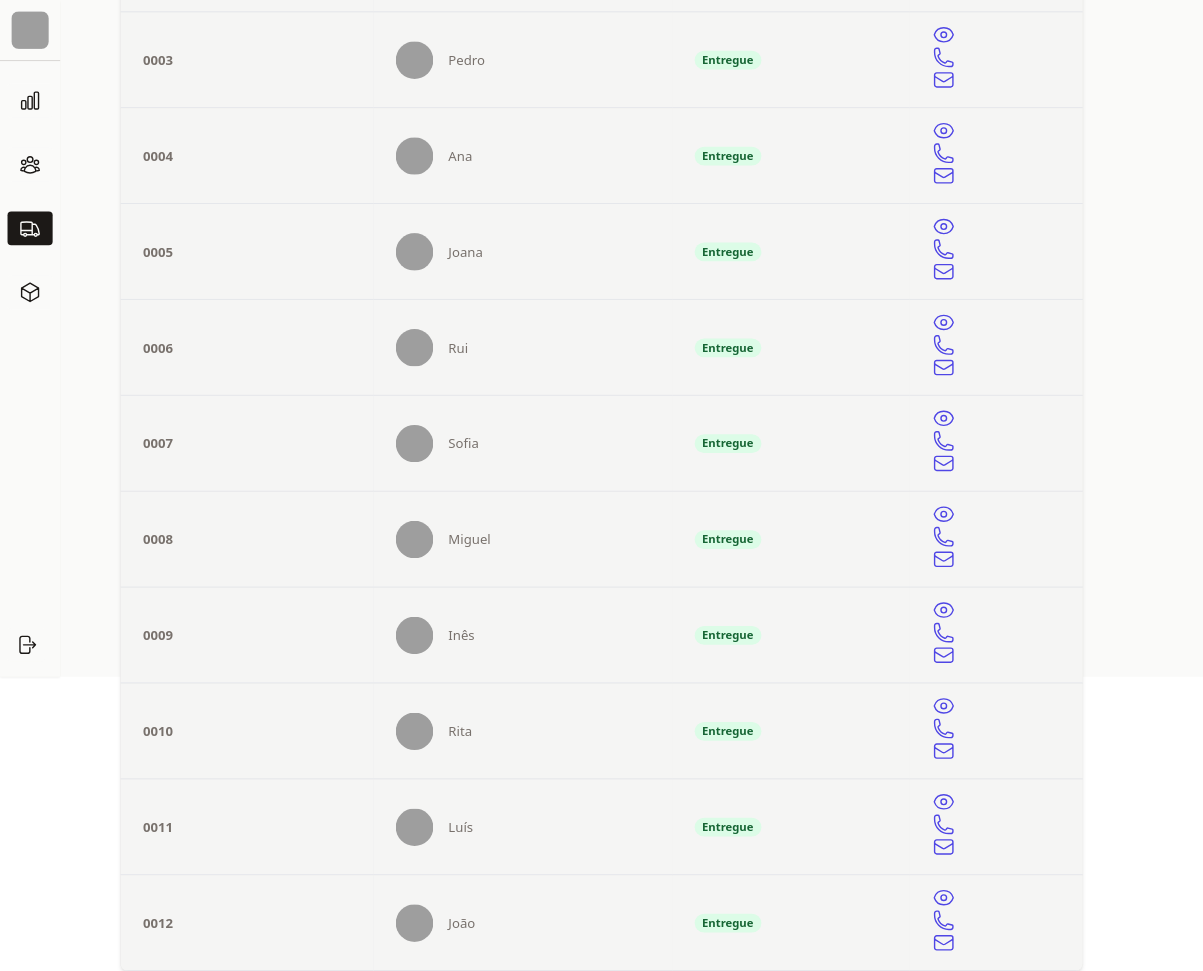
Repository: XavierOtavio/Cuzinhas
Page: /dashboard/orders
An editor plug-in stored every save of this project. The page is shown before and after the next save, followed by the edit.
The browser window is 1280 px wide. The pictures show the whole page, at 94% of full size.
Pictures or frames that could not be fetched are drawn as grey boxes. The project was rebuilt for these pictures with package versions that can differ from the ones it lists, and the page was loaded fresh each time. Also part of the build but not shown: src/components/Logotipo.js, src/components/Header.js, src/components/Dashboard.js, src/components/Login.js, src/components/Register.js, src/components/Home.js, src/components/LayoutFront.js.

Above is the page before, as saved 2023-03-08 15:39:03.

After the next save:
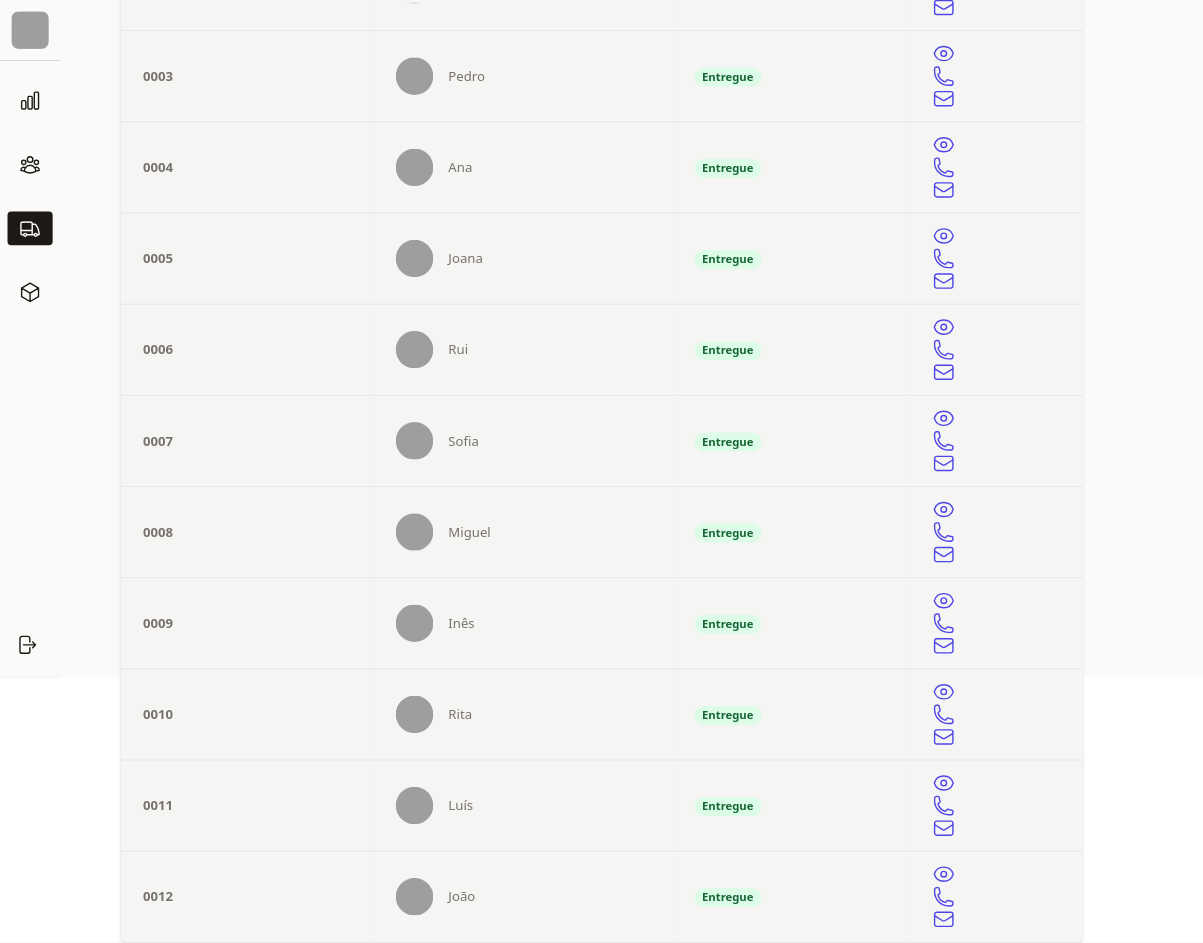
Saved 71 s later.
--- a/src/components/Orders.js
+++ b/src/components/Orders.js
@@ -199,7 +199,7 @@ export default function Orders() {
                 </span>
               </td>
               <td className="px-6 py-3">
-                <div className="inline-block">
+                <div className="inline-grid col-span-3">
                   <EyeIcon className="text-indigo-600 hover:text-indigo-900 cursor-pointer w-6" />
                   <a href={`tel:${order.phone}`}>
                     <PhoneIcon className="text-indigo-600 hover:text-indigo-900 cursor-pointer w-6" />
